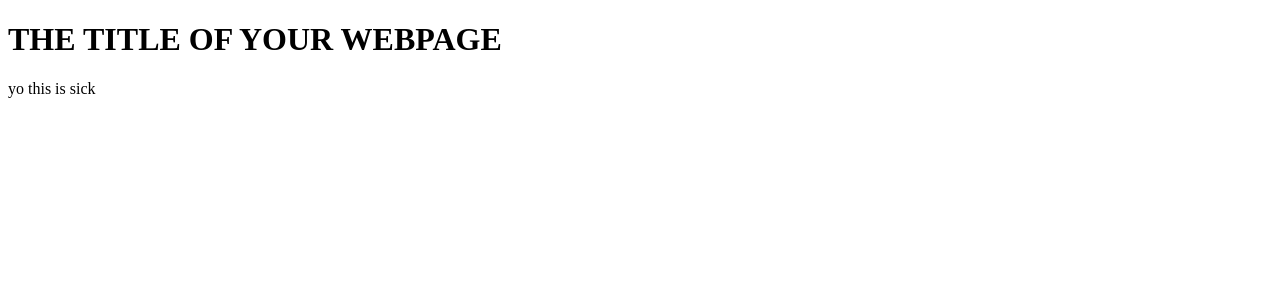
Repository: jnguyen113/DOM-Manipulation
Page: index.html
The author's editor kept a copy of each file at every save. The page is drawn from the files as they stood at one save, then again after the next save.
The browser window is 1280 px wide. The pictures show the whole page.

Above is the page before, as saved 2020-06-11 18:13:29.

### index.html
<!DOCTYPE html>
<html>
    <body>
        <h1>
            THE TITLE OF YOUR WEBPAGE
        </h1>
        <div id="container">
            <!--<div class="content">
                This is the glorious text-content!
            </div> DONE IN JS CLASS-->
        </div>
    </body>
    <script src="main.js"></script>
</html>

### main.js
const container = document.querySelector('#container');//references the container id
const content = document.createElement('div');//create a new div and store it into content
content.classList.add('content');//add class and some text to content div
content.textContent = 'This is the glorious text-content!';
container.appendChild(content);//append that div to container

const anything = document.querySelector("Container");
const inmy = document.createElement('div');
inmy.classList.add('yo');
content.textContent = 'yo this is sick';
container.appendChild(inmy);

After the next save:
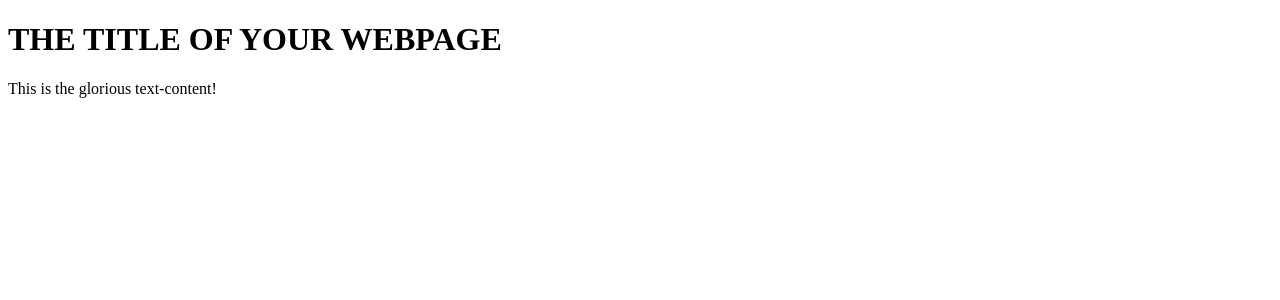
Saved 27 s later.
--- a/main.js
+++ b/main.js
@@ -4,8 +4,8 @@ content.classList.add('content');//add class and some text to content div
 content.textContent = 'This is the glorious text-content!';
 container.appendChild(content);//append that div to container
 
-const anything = document.querySelector("Container");
-const inmy = document.createElement('div');
-inmy.classList.add('yo');
-content.textContent = 'yo this is sick';
-container.appendChild(inmy);
+// const anything = document.querySelector("Container");
+// const inmy = document.createElement('div');
+// inmy.classList.add('yo');
+// content.textContent = 'yo this is sick';
+// container.appendChild(inmy);
